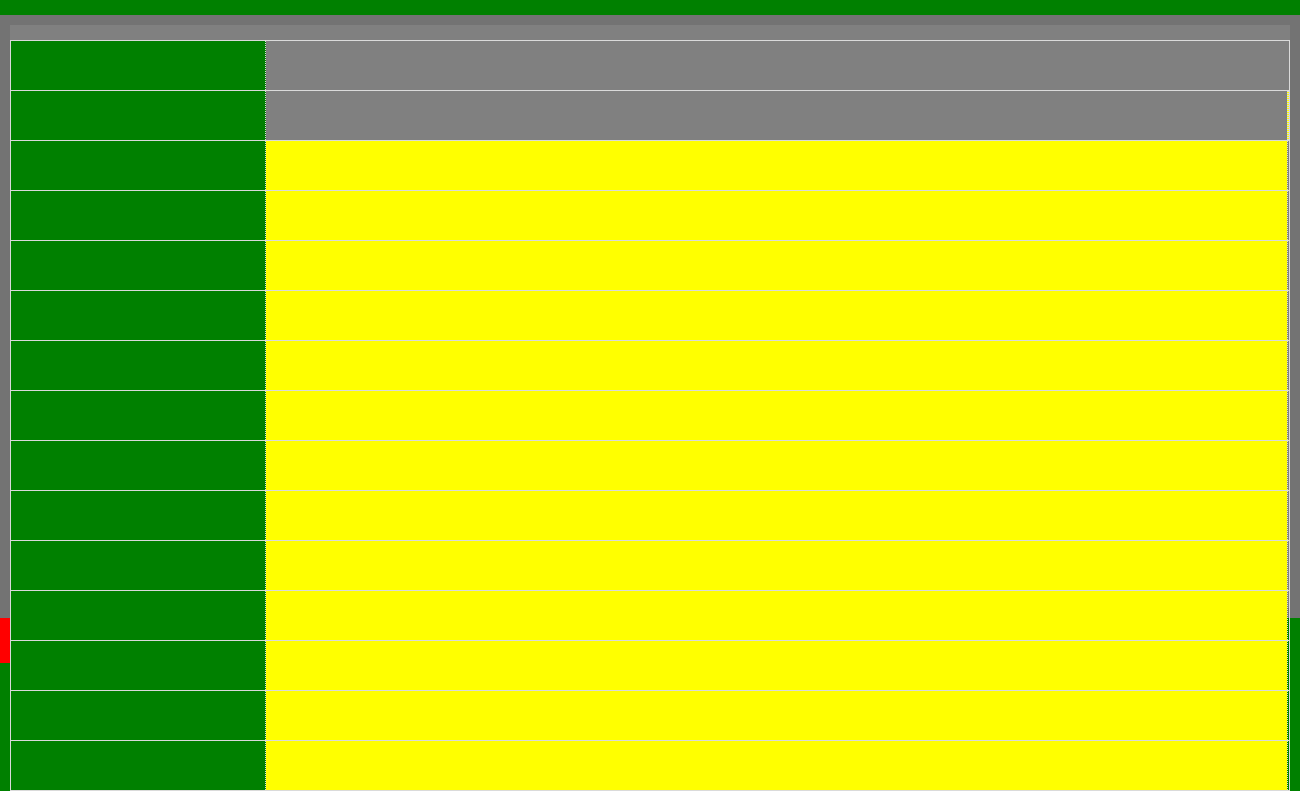
Repository: wangxinjun08231116/Html5Views
Page: WangXinJun/WebContent/htmls/ChangYongMark/table.html
An editor plug-in stored every save of this project. The page is shown before and after the next save, followed by the edit.
The browser window is 1280 px wide. The page is 1300 px wide, so the pictures cover 1300 px, including what lies to the right of the window. The pictures show the whole page.

Above is the page before, as saved 2015-02-04 03:31:25.

### WangXinJun/WebContent/htmls/ChangYongMark/table.html
<!DOCTYPE html>
<html>
<head>
<meta http-equiv="Content-Type" content="text/html; charset=utf-8">
<title>test</title>
	<script type="text/javascript" src="/WangXinJun/js/ChangYongMark/table.js"></script>
 	<link href="/WangXinJun/css/ChangYongMark/table.css" rel="stylesheet" type="text/css"/>
</head>
<body>
<!--divContainer  -->
<div class="divContainer" >
<table>
<tbody>
	<tr style="height: 50px; margin-top:5px; border: 1px solid #dadada;">
		<td class = "td_first">
		<td class = "td_second">
	</tr>

	<tr style="height: 50px; margin-top:5px; border: 1px solid #dadada;">
		<td style="vertical-align: middle; width: 20%; background-color:green;border: 1px dotted #dadada" onclick="show_imgMark(this); return false;"><td/>
		<td style="vertical-align: middle; width: 80%; background-color:yellow;border: 1px dotted #dadada;" onclick="show_imgMark(this); return false;"><td/>
	</tr>

	<tr style="height: 50px; margin-top:5px; border: 1px solid #dadada;">
		<td style="vertical-align: middle; width: 20%; background-color:green;border: 1px dotted #dadada;">
		<td style="vertical-align: middle; width: 80%; background-color:yellow;border: 1px dotted #dadada;">
	</tr>

	<tr style="height: 50px; margin-top:5px; border: 1px solid #dadada;">
		<td style="vertical-align: middle; width: 20%; background-color:green;border: 1px dotted #dadada;">
		<td style="vertical-align: middle; width: 80%; background-color:yellow;border: 1px dotted #dadada;">
	</tr>

	<tr style="height: 50px; margin-top:5px; border: 1px solid #dadada;">
		<td style="vertical-align: middle; width: 20%; background-color:green;border: 1px dotted #dadada;">
		<td style="vertical-align: middle; width: 80%; background-color:yellow;border: 1px dotted #dadada;">
	</tr>

		<tr style="height: 50px; margin-top:5px; border: 1px solid #dadada;">
		<td style="vertical-align: middle; width: 20%; background-color:green;border: 1px dotted #dadada;">
		<td style="vertical-align: middle; width: 80%; background-color:yellow;border: 1px dotted #dadada;">
	</tr>

	<tr style="height: 50px; margin-top:5px; border: 1px solid #dadada;">
		<td style="vertical-align: middle; width: 20%; background-color:green;border: 1px dotted #dadada;">
		<td style="vertical-align: middle; width: 80%; background-color:yellow;border: 1px dotted #dadada;">
	</tr>

	<tr style="height: 50px; margin-top:5px; border: 1px solid #dadada;">
		<td style="vertical-align: middle; width: 20%; background-color:green;border: 1px dotted #dadada;">
		<td style="vertical-align: middle; width: 80%; background-color:yellow;border: 1px dotted #dadada;">
	</tr>

	<tr style="height: 50px; margin-top:5px; border: 1px solid #dadada;">
		<td style="vertical-align: middle; width: 20%; background-color:green;border: 1px dotted #dadada;">
		<td style="vertical-align: middle; width: 80%; background-color:yellow;border: 1px dotted #dadada;">
	</tr>

	<tr style="height: 50px; margin-top:5px; border: 1px solid #dadada;">
		<td style="vertical-align: middle; width: 20%; background-color:green;border: 1px dotted #dadada;">
		<td style="vertical-align: middle; width: 80%; background-color:yellow;border: 1px dotted #dadada;">
	</tr>

		<tr style="height: 50px; margin-top:5px; border: 1px solid #dadada;">
		<td style="vertical-align: middle; width: 20%; background-color:green;border: 1px dotted #dadada;">
		<td style="vertical-align: middle; width: 80%; background-color:yellow;border: 1px dotted #dadada;">
	</tr>

	<tr style="height: 50px; margin-top:5px; border: 1px solid #dadada;">
		<td style="vertical-align: middle; width: 20%; background-color:green;border: 1px dotted #dadada;">
		<td style="vertical-align: middle; width: 80%; background-color:yellow;border: 1px dotted #dadada;">
	</tr>

	<tr style="height: 50px; margin-top:5px; border: 1px solid #dadada;">
		<td style="vertical-align: middle; width: 20%; background-color:green;border: 1px dotted #dadada;">
		<td style="vertical-align: middle; width: 80%; background-color:yellow;border: 1px dotted #dadada;">
	</tr>

	<tr style="height: 50px; margin-top:5px; border: 1px solid #dadada;">
		<td style="vertical-align: middle; width: 20%; background-color:green;border: 1px dotted #dadada;">
		<td style="vertical-align: middle; width: 80%; background-color:yellow;border: 1px dotted #dadada;">
	</tr>

	<tr style="height: 50px; margin-top:5px; border: 1px solid #dadada;">
		<td style="vertical-align: middle; width: 20%; background-color:green;border: 1px dotted #dadada;">
		<td style="vertical-align: middle; width: 80%; background-color:yellow;border: 1px dotted #dadada;">
	</tr>

</tbody>
</table>
</div>

</body>
</html>

### WangXinJun/WebContent/js/ChangYongMark/table.js
function test(id){
var id_ =id;
alert(id_);
}

### WangXinJun/WebContent/css/ChangYongMark/table.css
* {margin:0;padding:0;}

html{
	height:100%;width:100%;
	background-color:green;

}
body {height:90%;width:100%;
	background-color:red;
}

.divContainer{
	/*body 对齐 html上边界  */
/* 		position:absolute;
 */		background-color:gray;
	    margin-top : 15px;
	    width:100%;
	    height:90%;
	    border: 10px solid rgba(0, 0, 0, 0.1);
}

table{
	border-collapse: collapse;
    margin-top: 15px;
    width: 100%;

}
.td_first{
	width: 20%;
	vertical-align: middle;
	background-color:green;
	border: 1px dotted #dadada;
}
/td_second{
	width: 80%;
	vertical-align: middle;
	background-color:yellow;
	border: 1px dotted #dadada;
}

After the next save:
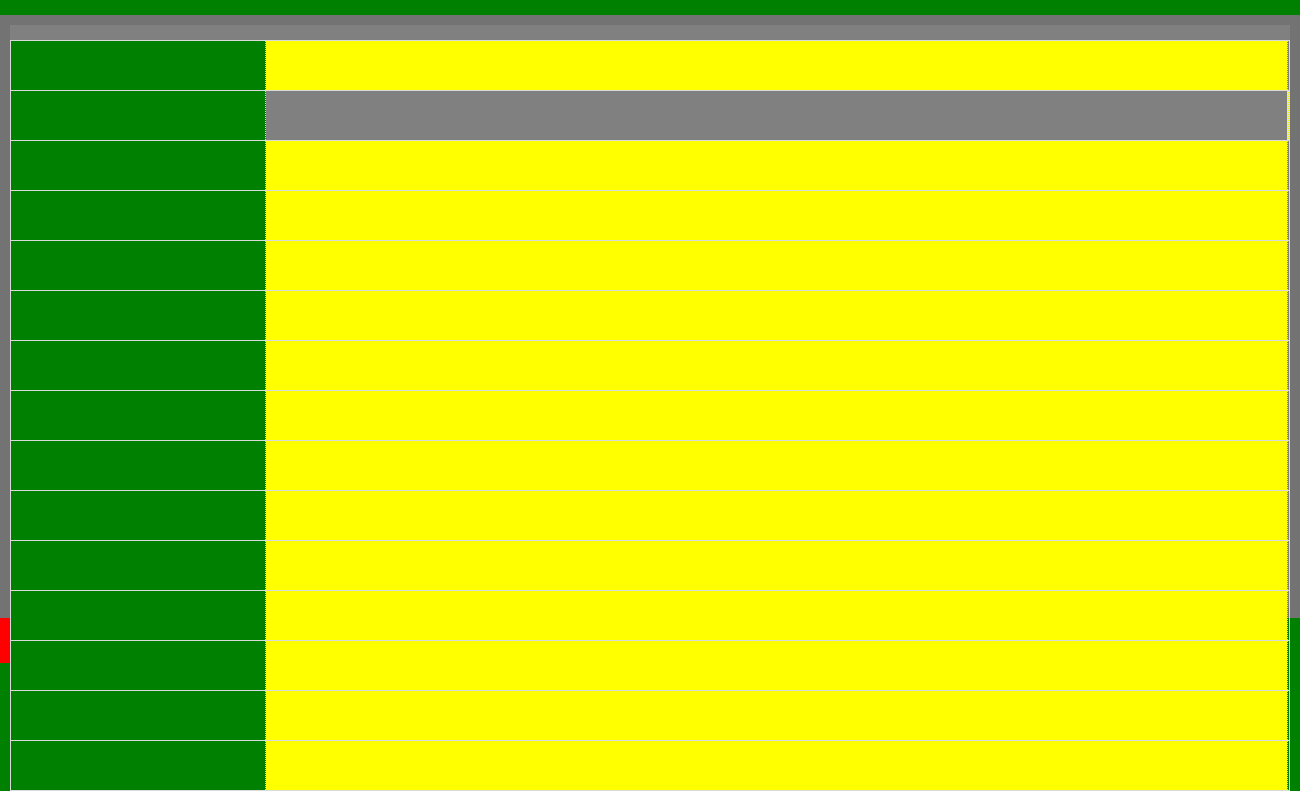
Saved 57 s later.
--- a/WangXinJun/WebContent/css/ChangYongMark/table.css
+++ b/WangXinJun/WebContent/css/ChangYongMark/table.css
@@ -31,7 +31,7 @@ table{
 	background-color:green;
 	border: 1px dotted #dadada;
 }
-/td_second{
+.td_second{
 	width: 80%;
 	vertical-align: middle;
 	background-color:yellow;
